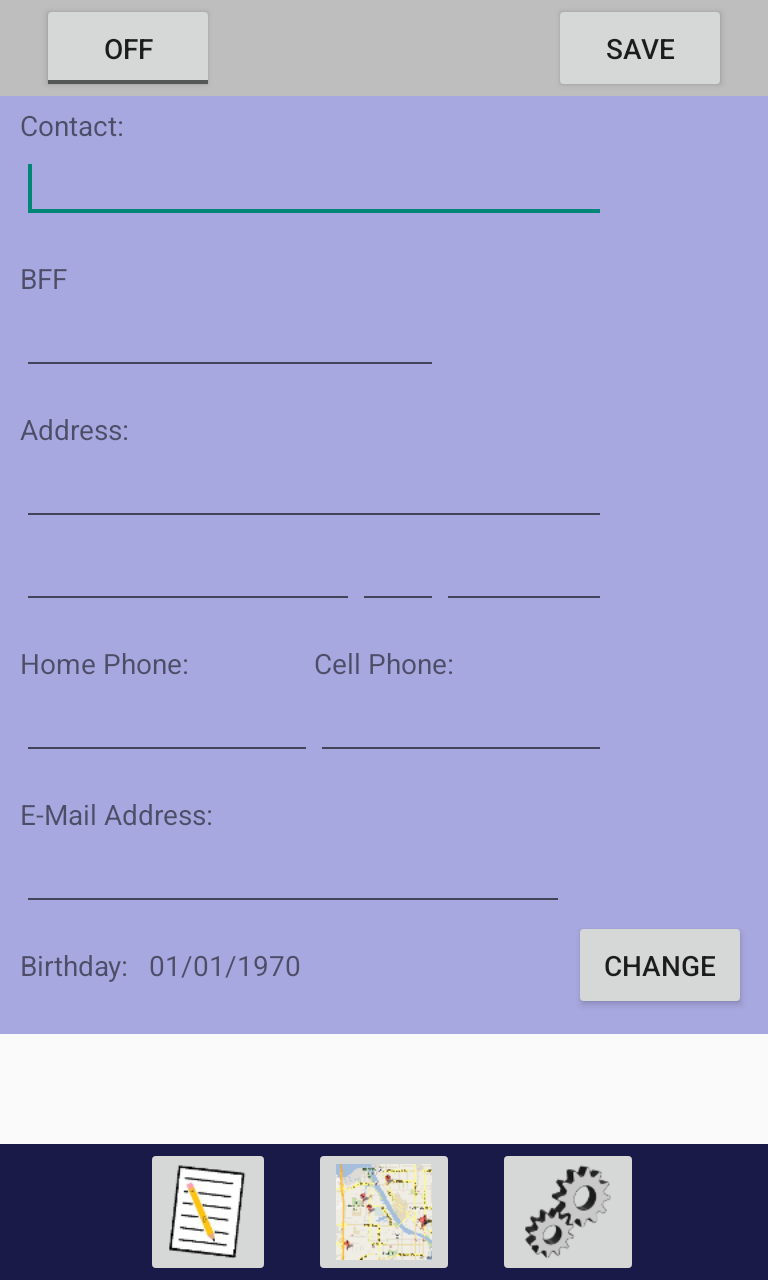
Repository: jcbrons/BronsonExercisesCH5
Layout: MyContactList/res/layout/activity_contact.xml
These files come from the project's save history. The layout is drawn as it stood at one moment and after the next save; the edit follows.
It is drawn on a 768 x 1280 px phone screen (xhdpi) without system bars, with theme AppTheme; the app's code is not run.

Above is the layout before, as saved 2014-06-07 06:18:06.

### MyContactList/res/layout/activity_contact.xml
<RelativeLayout xmlns:android="http://schemas.android.com/apk/res/android"
    xmlns:tools="http://schemas.android.com/tools"
    android:layout_width="match_parent"
    android:layout_height="match_parent"
    tools:context=".ContactActivity">


   <LinearLayout
       android:focusable="true"
		android:focusableInTouchMode="true"
		android:layout_width="0px"
		android:layout_height="0px"/>

    <RelativeLayout
        android:id="@+id/navbar"
        android:background="@color/navbar_background"
        android:layout_width="fill_parent"
        android:layout_height="wrap_content"
        android:layout_alignParentBottom="true">

        <ImageButton
            android:id="@+id/imageButtonList"
            android:layout_width="wrap_content"
            android:layout_height="wrap_content"
            android:layout_centerVertical="true"
            android:layout_toLeftOf="@+id/imageButtonMap"
            android:layout_marginRight="20dp"
            android:src="@drawable/contactlisticon" />

        <ImageButton
            android:id="@+id/imageButtonMap"
            android:layout_width="wrap_content"
            android:layout_height="wrap_content"
            android:layout_centerVertical="true"
            android:layout_centerHorizontal="true"
            android:layout_toRightOf="@+id/imageButton1"
            android:src="@drawable/mapicon" />

        <ImageButton
            android:id="@+id/imageButtonSettings"
            android:layout_width="wrap_content"
            android:layout_height="wrap_content"
            android:layout_centerVertical="true"
            android:layout_marginLeft="20dp"
            android:layout_toRightOf="@+id/imageButtonMap"
            android:src="@drawable/settingsicon" />

    </RelativeLayout>

    <RelativeLayout
        android:id="@+id/toolbar"
        android:background="@color/toolbar_background"
        android:layout_width="match_parent"
        android:layout_height="wrap_content"
        android:layout_alignParentLeft="true"
        android:layout_alignParentTop="true"
        >

        <ToggleButton
            android:id="@+id/toggleButtonEdit"
            android:layout_width="wrap_content"
            android:layout_height="wrap_content"
            android:layout_alignParentLeft="true"
            android:layout_marginLeft="20dp"
            android:text="ToggleButton" />

        <Button
            android:id="@+id/buttonSave"
            android:layout_width="wrap_content"
            android:layout_height="wrap_content"
            android:layout_alignParentRight="true"
            android:layout_marginRight="20dp"
            android:text="Save" />

    </RelativeLayout>

    <ScrollView
        android:id="@+id/scrollView1"
        android:layout_width="match_parent"
        android:layout_height="wrap_content"
        android:layout_alignParentLeft="true"
        android:layout_below="@+id/toolbar"
        android:layout_above="@+id/navbar" >

        <RelativeLayout
            android:id="@+id/relativeView2"
            android:layout_width="match_parent"
            android:layout_height="match_parent"
            android:background="@color/dataEntry_background"
           >

            <TextView
                android:id="@+id/textContact"
                android:layout_width="wrap_content"
                android:layout_height="wrap_content"
                android:text="Contact:"
                android:textAppearance="?android:attr/textAppearanceSmall"
                android:layout_alignParentLeft="true"
        		android:layout_alignParentTop="true"
        		android:layout_marginLeft="10dp"
        		android:layout_marginTop="5dp"/>

            <EditText android:id="@+id/editName"
                android:layout_width="wrap_content"
                android:layout_height="wrap_content"
                android:layout_alignParentLeft="true"
                android:layout_marginLeft="10dp"
                android:layout_below="@+id/textContact"
                android:ems="14"
                android:imeOptions="actionNext"
                android:inputType="textCapWords">

                <requestFocus/>
            </EditText>

            <TextView android:id="@+id/textBFF"
                android:layout_width="wrap_content"
                android:layout_height="wrap_content"
                android:layout_alignLeft="@+id/editBFF"
                android:layout_below="@+id/editName"
                android:layout_marginTop="16dp"
                android:text="BFF"
                android:textAppearance="?android:attr/textAppearanceSmall" />

            <TextView
                android:id="@+id/textAddress"
                android:layout_width="wrap_content"
                android:layout_height="wrap_content"
                android:layout_alignParentLeft="true"
                android:layout_below="@+id/editBFF"
        		android:layout_marginLeft="10dp"
        		android:layout_marginTop="15dp"
        		android:text="Address:"
        		android:textAppearance="?android:attr/textAppearanceSmall"/>

            <EditText android:id="@+id/editAddress"
                android:layout_width="wrap_content"
                android:layout_height="wrap_content"
                android:layout_alignParentLeft="true"
                android:layout_marginLeft="10dp"
                android:layout_below="@+id/textAddress"
                android:ems="14"
                android:imeOptions="actionNext"
                android:inputType="textCapWords">
            </EditText>

        <EditText android:id="@+id/editCity"
                android:layout_width="wrap_content"
                android:layout_height="wrap_content"
                android:layout_alignParentLeft="true"
                android:layout_marginLeft="10dp"
                android:layout_below="@+id/editAddress"
                android:ems="8"
                android:imeOptions="actionNext"
                android:nextFocusDown="@+id/editState"
                android:inputType="textCapWords">
            </EditText>

        <EditText android:id="@+id/editState"
                android:layout_width="wrap_content"
                android:layout_height="wrap_content"
                android:ems="2"
                android:layout_toRightOf="@+id/editCity"
                android:layout_alignBottom="@+id/editCity"
                android:maxLength="2"
                android:imeOptions="actionNext"
                android:nextFocusDown="@+id/editZipCode"
                android:inputType="textCapCharacters">
            </EditText>

        <EditText android:id="@+id/editZipcode"
                android:layout_width="wrap_content"
                android:layout_height="wrap_content"
                android:ems="4"
                android:layout_toRightOf="@+id/editState"
                android:layout_alignBottom="@+id/editState"
                android:maxLength="5"
                android:imeOptions="actionNext"
                android:nextFocusDown="@+id/editHome"
                android:inputType="numberSigned">
            </EditText>






        <TextView
                android:id="@+id/textHome"
                android:layout_width="wrap_content"
                android:layout_height="wrap_content"
                android:text="Home Phone:"
                android:layout_alignParentLeft="true"
        		android:layout_marginLeft="10dp"
        		android:layout_marginTop="15dp"
        		android:layout_below="@+id/editCity"
        		/>

            <EditText android:id="@+id/editHome"
                android:layout_width="wrap_content"
                android:layout_height="wrap_content"
                android:layout_alignParentLeft="true"
                android:layout_marginLeft="10dp"
                android:layout_below="@+id/textHome"
                android:ems="7"
                android:maxLength="14"
                android:imeOptions="actionNext"
                android:nextFocusDown="@+id/editCell"
                android:inputType="phone">

            </EditText>

            <TextView
                android:id="@+id/textCell"
                android:layout_width="wrap_content"
                android:layout_height="wrap_content"
                android:text="Cell Phone:"
                android:layout_alignBottom="@+id/textHome"
                android:layout_alignLeft="@+id/editCell"/>

            <EditText android:id="@+id/editCell"
                android:layout_width="wrap_content"
                android:layout_height="wrap_content"
                android:layout_alignBottom="@+id/editHome"
                android:layout_toRightOf="@+id/editHome"
                android:ems="7"
                android:maxLength="14"
                android:imeOptions="actionNext"
                android:nextFocusDown="@+id/editEMail"
                android:inputType="phone">

            </EditText>


            <TextView
                android:id="@+id/textEMail"
                android:layout_width="wrap_content"
                android:layout_height="wrap_content"
                android:text="E-Mail Address:"
                android:layout_alignParentLeft="true"
                android:layout_marginLeft="10dp"
                android:layout_marginTop="15dp"
                android:layout_below="@+id/editHome"
                />

            <EditText android:id="@+id/editEMail"
                android:layout_width="wrap_content"
                android:layout_height="wrap_content"
                android:layout_alignParentLeft="true"
                android:layout_marginLeft="10dp"
                android:layout_below="@+id/textEMail"
                android:ems="13"
                android:inputType="textEmailAddress">

            </EditText>


            <TextView
                android:id="@+id/textBday"
                android:layout_width="wrap_content"
                android:layout_height="wrap_content"
                android:text="Birthday:"
                android:layout_alignParentLeft="true"
                android:layout_marginLeft="10dp"
                android:layout_marginTop="15dp"
                android:layout_below="@+id/editEMail"
                android:paddingBottom="25dp"
                />

            <TextView
                android:id="@+id/textBirthday"
                android:layout_width="wrap_content"
                android:layout_height="wrap_content"
                android:text="01/01/1970"
                android:layout_marginLeft="10dp"
                android:layout_toRightOf="@+id/textBday"
                android:layout_alignBottom="@+id/textBday"
                android:paddingBottom="25dp"
                />

            <Button
                android:id="@+id/btnBirthday"
                android:text="Change"
                android:layout_width="wrap_content"
                android:layout_height="wrap_content"
                android:layout_alignParentRight="true"
                android:layout_marginRight="10dp"
                android:layout_alignBaseline="@+id/textBirthday" />

            <EditText
                android:id="@+id/editBFF"
                android:layout_width="wrap_content"
                android:layout_height="wrap_content"
                android:layout_alignLeft="@+id/textAddress"
                android:layout_below="@+id/textBFF"
                android:ems="10"
                android:inputType="number" />

        </RelativeLayout>
    </ScrollView>

</RelativeLayout>

### MyContactList/res/values/color.xml
<?xml version="1.0" encoding="utf-8"?>
<resources>
    <color name="navbar_background">#1a1a48</color>
    <color name="toolbar_background">#bebebe</color>
    <color name="dataEntry_background">#a8a8e0</color>
    <color name="pink_background">#Ecc8ec</color>
    <color name="yellow_background">#f4f776</color>

</resources>

Loaded but not shown: MyContactList/res/values/styles.xml (common file); MyContactList/res/values-v11/styles.xml (common file); MyContactList/res/values-v14/styles.xml (common file)

After the next save:
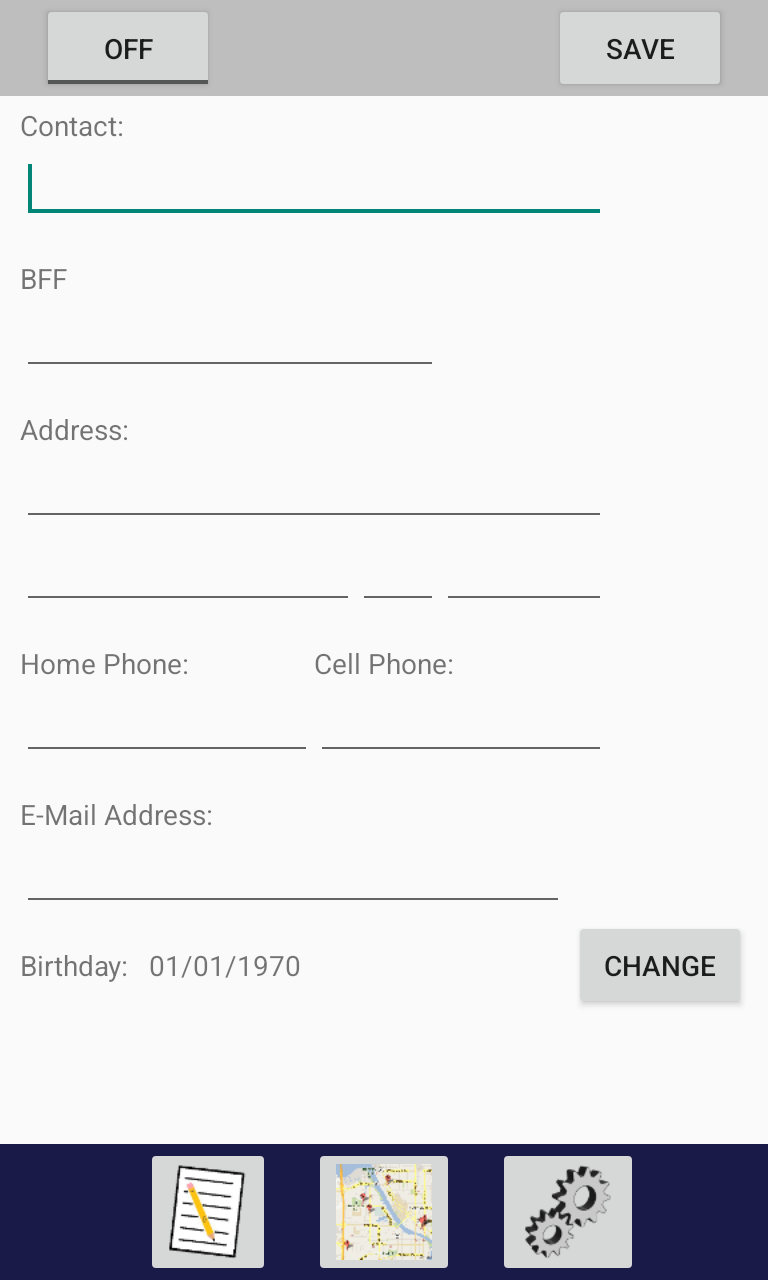
Saved 2 min 1 s later.
--- a/MyContactList/res/layout/activity_contact.xml
+++ b/MyContactList/res/layout/activity_contact.xml
@@ -83,10 +83,9 @@
         android:layout_above="@+id/navbar" >
 
         <RelativeLayout
-            android:id="@+id/relativeView2"
             android:layout_width="match_parent"
             android:layout_height="match_parent"
-            android:background="@color/dataEntry_background"
+
            >
 
             <TextView
